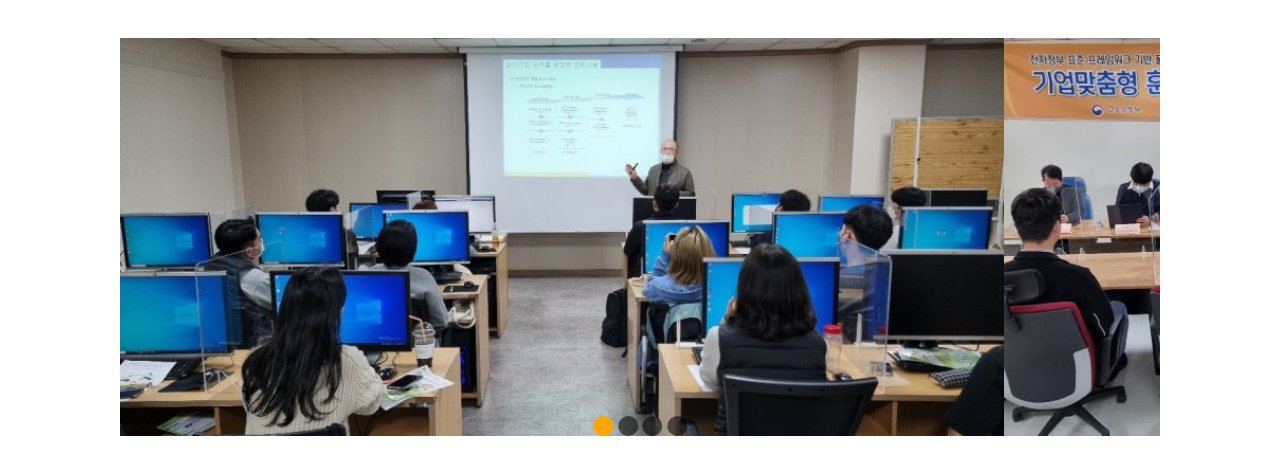
Repository: JavaJin96/kr.or.ddit.HighJava
Page: http://localhost/TeamProjectDCUM/work_kmk/iframe_kmk/slider.jsp
An editor plug-in stored every save of this project. The page is shown before and after the next save, followed by the edit.
The browser window is 1280 px wide. The pictures show the whole page.
The page is served by Tomcat 9.

Above is the page before, as saved 2022-02-16 01:24:06.

After the next save:
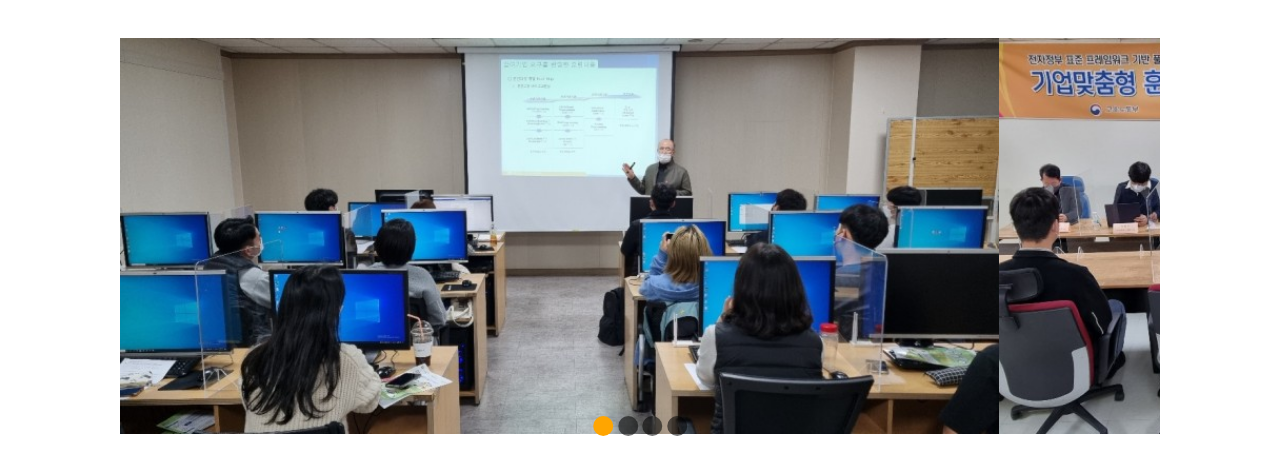
Saved 14 s later.
--- a/3.Highjava/workspace/TeamProjectDCUM/WebContent/work_kmk/iframe_kmk/slider.jsp
+++ b/3.Highjava/workspace/TeamProjectDCUM/WebContent/work_kmk/iframe_kmk/slider.jsp
@@ -25,7 +25,7 @@
     display: none;
 }
 img{
-	height : 398px;
+	height : 396px;
 }
 
 ul.imgs{
